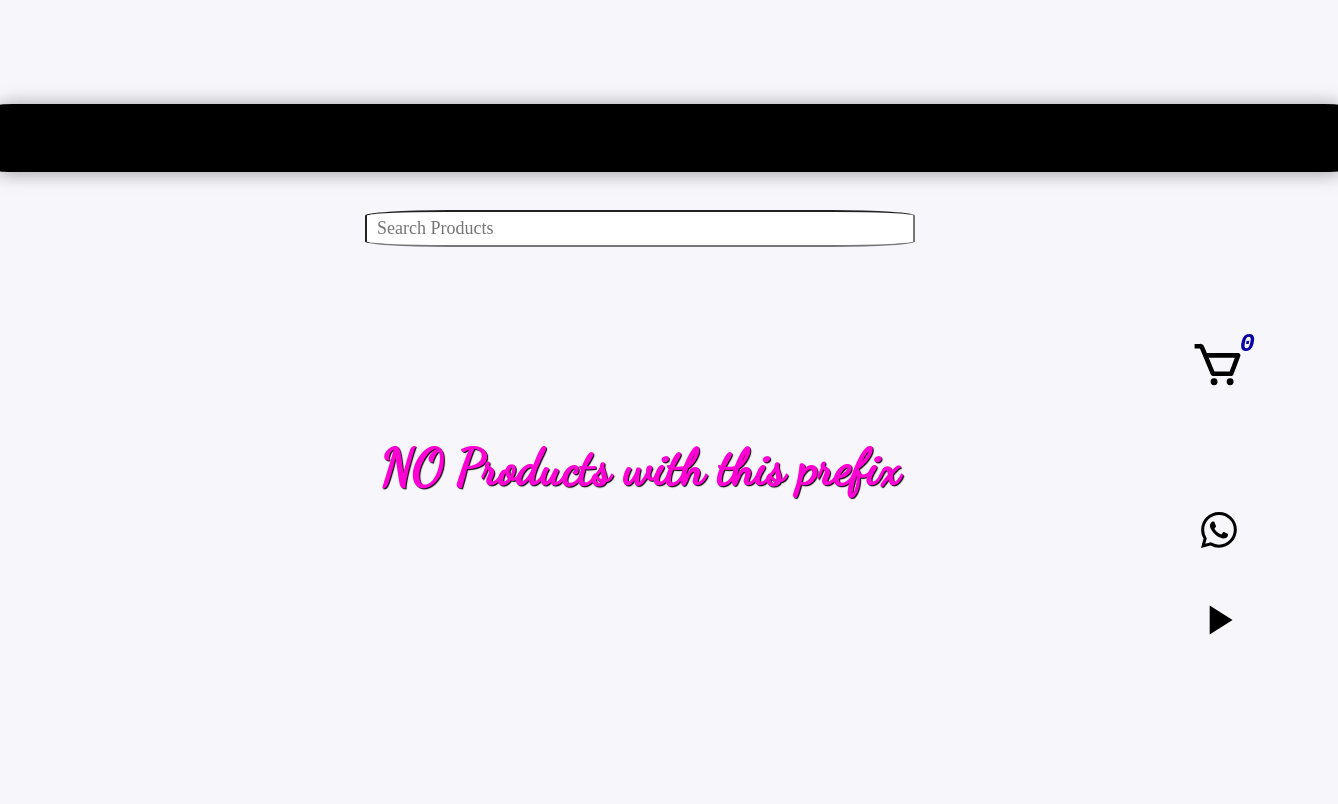
Repository: rehamAbass/BeautyCareShop
Page: /
The author's editor kept a copy of each file at every save. The page is drawn from the files as they stood at one save, then again after the next save.
The browser window is 1280 px wide. The page is 1338 px wide, so the pictures cover 1338 px, including what lies to the right of the window. The pictures show the whole page.
The page's requests for data from a server got no answer. Some web fonts or font styles are not loaded; a fallback is used. The project was rebuilt for these pictures with package versions that can differ from the ones it lists, and the page was loaded fresh each time. No one was signed in, and anything a server would have sent is missing. Also part of the build but not shown: src/components/allProducts/prod/card.css, src/components/allProducts/prod/card.component.jsx, src/components/myCart/myCart.css, src/components/myCart/cartProduct/cartProduct.css, src/components/myCart/cartProduct/cartProduct.jsx, src/components/myCart/myCart.jsx. Imported but missing from the stored project, and not drawn on this page: src/components/header/music/ed.mp3.

Above is the page before, as saved 2022-06-08 13:48:06.

### public/index.html
<!DOCTYPE html>
<html lang="en">
  </style>
  <head>
    <meta charset="utf-8" />
    <link rel="icon" href="" />
    <meta name="viewport" content="width=device-width, initial-scale=1" />
    <meta name="theme-color" content="#000000" />
    <meta
      name="description"
      content="Web site created using create-react-app"
    />
    <link rel="apple-touch-icon" href="" />
    <link rel="manifest" href="%PUBLIC_URL%/manifest.json" />
    <link rel="preconnect" href="https://fonts.googleapis.com">
    <link rel="preconnect" href="https://fonts.gstatic.com" crossorigin>
    <link href="https://fonts.googleapis.com/css2?family=Bigelow+Rules&display=swap" rel="stylesheet">
    <link rel="preconnect" href="https://fonts.googleapis.com">
    <link rel="preconnect" href="https://fonts.gstatic.com" crossorigin>
    <link href="https://fonts.googleapis.com/css2?family=Bigelow+Rules&family=Dancing+Script&display=swap"
      rel="stylesheet">
    <title color:'purble'>BeautyShop💄</title>
  </head>
  <body>

    <div id="root"></div>
  </body>
</html>

<!--
  <video id="video1" loop="" muted="" src="https://prod-streaming-video-msn-com.akamaized.net/aa5cb260-7dae-44d3-acad-3c7053983ffe/1b790558-39a2-4d2a-bcd7-61f075e87fdd.mp4"></video>

 -->

### src/App.js

// import React from 'react'
import CardList from './components/allProducts/card-list.component';
import SearchBox from './components/search-box/search-box.component';
import './App.css'
import axios from "axios";
import React, { Component } from "react";
import Header from './components/header/header.component.jsx'
import { useState, useEffect } from 'react';
import Cart from './components/myCart/myCart.jsx'

const App = () => {
  const [products, setProducts] = useState([]);
  const [cartProducts, setCartProducts] = useState([]);
  const [filteredProducts, setFilteredProducts] = useState(products);
  const [searchString, setSearchString] = useState('');
  const [showCart, setShowCart] = useState(false);
    const [cartCounter, setCartCounter] = useState(0);
      const [Sum, setSum] = useState(0);
      const [imgs, setImgs] = useState([])

  //==========================================================================
  const   getDataFromDB= async ()=> {
    const response = await axios.get("http://localhost:8000/products/");
    setCartProducts(response);
  }
  //===========================================================
  const deleteProd = async (id) => {
    let response = await axios.delete(
      `http://localhost:8000/product/${id}`
    );
  }
  //=============================================================
  const saveProd = async (p) => {
    const response = await axios.post(
      "http://localhost:8000/product",p
    );
  }

   const  updateProd = async (p) => {
    const response = await axios.put(
      "http://localhost:8000/product",p
    );
  }
  //============================================================================
  useEffect(() => {
    fetch('http://makeup-api.herokuapp.com/api/v1/products.json?brand=maybelline')
      .then((res) => res.json())
      .then((users) => {
          users = users.map(user => (
         {id:user.id,
         name:user.name,
         brand:user.brand,
         price:user.price,
        image_link:user.image_link,
         product_link:user.product_link,
         description:user.description,
        rating:user.rating,
         product_type:user.product_type,
          product_api_url:user.product_api_url,
          product_colors:user.product_colors,
        amount:0
         }))


         getDataFromDB();
        setFilteredProducts(users);
        setProducts(users);
        setImgs(users.map((u)=>(u.image_link)));
      })
  }, []); // it runs only one time - no need to call it in each render because [] is empty !!
  //=========================================================================================
  useEffect(() => {
    let filteredgroup = products.filter((p) => p.name.toLowerCase().includes(searchString));
    setFilteredProducts(filteredgroup);
  }, [products, searchString])

  //========================================================================================
  const onSearchChanged = (event) => {
    let input = event.target.value.toLowerCase();
    setSearchString(input);
  }
  //=========================================================================================
  const addProduct=(product)=>{
        let updatePro = cartProducts.filter(p=> p.id === product.id);
     if(updatePro.length>0){
       // it means that YES the product exists before in Cart! just increase the amount of it:
       updatePro = updatePro[0];
       updatePro.amount +=1;
        let newarray = cartProducts.map(p=>( p.id === product.id ? updatePro:p )) ;
        setCartProducts(newarray);
     }else{
        let newProductToAdd = {...product, amount:1};
         setCartProducts([...cartProducts,newProductToAdd ]);
         saveProd(product);
         updateProd();
     }

      }
  //=================================================================================
  //    ,
  const deleteProduct = (product) => {
    let newArr = cartProducts.filter(p => p.id !== product.id);
    setCartProducts(newArr);
    deleteProd(product.id);
  }
 //===================================================================================
   const decreaseProduct=(product)=>{

     if(product.amount >1){
       let update = product;
       update.amount -=1;
        let newarray = cartProducts.map(p=>(p.id === product.id ? update:p )) ;
     setCartProducts(newarray);
     }else{ // amount was  === 1
        let newArr = cartProducts.filter(p=> p.id !== product.id);
         setCartProducts(newArr);
     }
      }
 //===================================================================================
useEffect(()=>{
  console.log("useEffect, cartProduct changes, so counter changes");
  let all =0;
  let summ=0;
  for(let p of cartProducts){
     all = all+p.amount;
    summ = summ+ (p.amount * p.price);
}
    setSum(summ);
    setCartCounter(all);
},[cartProducts]);

//====================================================================================
  useEffect(()=>{
    console.log("open Cart = ",showCart);
  },[showCart])
 //=========================================================================================
const HandleCart =(val)=>{
  setShowCart(val);
}
 const handleSumCount = ()=>{
  setSum(0);
  setCartProducts([]);
  setCartCounter(0);

 }
 //=========================================================================================
  return (
    <div className="App">
      <header className="App-header">
        <Header counter ={cartCounter}
        imgs={imgs}
        handleCart = {HandleCart}/>
        {showCart === false &&
          <div>
           <SearchBox
          className='search-box2'
          searchHandler={onSearchChanged}
          group={filteredProducts}
        />
            <CardList
              group={filteredProducts}
               addProduct={addProduct} />
        </div>

        }
          {(showCart === true) &&
            <Cart sum ={Sum} group={cartProducts}
           addProduct={addProduct}
            deleteProduct={deleteProduct}
            decreaseProduct={decreaseProduct}
              handleSumCount={handleSumCount}
            />
          }
      </header>
    </div>
  )
}

export default App;

### src/components/allProducts/card-list.component.jsx

import './card-list.css'
import Card from './prod/card.component'
import React from 'react'

const CardList = ({ group ,addProduct}) => {
    return (
        <div className='card-list'>
            {group.map((p,i) =>
                (
                    <Card
                    key={i}
                    product={p}
                     addProduct={addProduct}/>
                )
            )
            }
        </div >

    )
}

export default CardList;

### src/components/search-box/search-box.component.jsx

import React from 'react'
import './search-box.css'


const SearchBox = ({ className, placeholder, searchHandler, group }) => {

    return (
        <div className='search-box'>
            <input
                className={className}
                type='search'
                placeholder='Search Products'
                onChange={searchHandler}
                style={{
                     fontStyle:'unset', fontStretch: 'extra-expanded'
                , fontSize:'large', borderRadius:'15%'}}
            />
            {group.length === 0 ?
                <div className='alert2'> NO Products with this prefix </div> : ''}
        </div>
    )
}


export default SearchBox;

### src/App.css
body {
  margin: 0;
  padding: 0;
  font-family: -apple-system, BlinkMacSystemFont, 'Segoe UI', 'Roboto', 'Oxygen',
    'Ubuntu', 'Cantarell', 'Fira Sans', 'Droid Sans', 'Helvetica Neue',
    sans-serif;
    background-color:rgba(192, 190, 228, 0.135);
  -webkit-font-smoothing: antialiased;
  -moz-osx-font-smoothing: grayscale;
  text-align: center;
}



















/* -------------------------------------------------------------------------------------- */

/* .App {
  text-align: center;
}

.App-logo {
  height: 40vmin;
  pointer-events: none;
}

@media (prefers-reduced-motion: no-preference) {
  .App-logo {
    animation: App-logo-spin infinite 20s linear;
  }
}

.App-header {
  background-color: #2d5cba;
  min-height: 100vh;
  display: flex;
  flex-direction: column;
  align-items: center;
  justify-content: center;
  font-size: calc(10px + 2vmin);
  color: white;
}

.App-link {
  color: #61dafb;
}

@keyframes App-logo-spin {
  from {
    transform: rotate(0deg);
  }
  to {
    transform: rotate(360deg);
  }
}

*/

### src/components/header/header.component.jsx
import React from 'react'
import './header.css'
import Music from './music/music.component';
import fatme from './fatme.jpeg'
import CartIcon from './cartIcon/cartIcon.component';
import {BsWhatsapp} from 'react-icons/bs'
import {AiTwotoneShop} from 'react-icons/ai'

const Header = ({counter,imgs, handleCart}) => {
    return (
        <div className='headClass'>
        <marquee direction='left'   style={{  margin:'0px' , padding:'0px'}}>
        <div className='imgs'>
            {imgs.map((link, i) => (
                    <img
                    style={{transform:'scale(0.7)' ,  margin:'0px'}}
                    key={i}
                    src={link} alt='prod' />

            ))}
        </div>
        </marquee>
            <img className='myImg' src={fatme} alt='me'
            />
               <CartIcon
            counter={counter}
             handleCart={handleCart}
            />
            <AiTwotoneShop
            className='goHome'
                onClick={() => {
                     handleCart(false)}}
            />
            <h4 className='title' >
                <marquee direction='left' loop='2' >Fatima Beauty Care Shop</marquee>
            </h4>


            <Music />


            <a  className='whatsApp'  aria-label="whats"
                target="_blank" rel="noopener"
                href="https://api.whatsapp.com/send?phone=972543656019&text=hello%20Fatima%20from%20your%20BeautyCareShop%20Website%20💄"
              >
              <BsWhatsapp/>
            </a>
        </div>
    )
}

export default Header;

### src/components/allProducts/card-list.css
.card-list {
     width: 1000px;
    margin-left: 9%;
    display: grid;
    grid-template-columns: 10fr 10fr;
    /* grid-gap: 1%; */
    margin-top: 5%;
    margin-bottom:15%;
}

### src/components/search-box/search-box.css
.search-box {
    padding: 10px;
}

.alert2 {
    margin-top: 150px;
    text-align: center;
    padding: 40px;
    color: rgb(255, 0, 212);
    font-size: 50px;
    font-stretch: extra-expanded;
    font-family: 'Dancing Script';
    font-weight: bolder;
    text-shadow: 1px 1px  1px rgb(0, 0, 0);
    transform: scale(1);
}

.search-box2 {
    width: 550px;
    height: 37px;
    margin-top: 170px;
    padding: 10px;
    line-height: 30px;
    margin-bottom: 1px;
    color: rgb(0, 0, 0);
    font-weight: 400;
    font-family:serif;

}

### src/components/header/header.css
.title {
    width: 110%;
    position: relative;
    font-size: 46px;
    font-weight: bolder;
    font-family: 'Dancing Script';
 color:rgb(251, 251, 251);
    font-stretch: extra-expanded;
    /* text-shadow: 11px 1px 11px rgb(255, 0, 123); */
    background-color: rgb(0, 0, 0);
     box-shadow: 1px 1px 17px 1px rgba(135, 134, 135, 0.74);
     margin-top: 40px;
     border-radius:1%;
}
.imgs{
    width: 110%;
    position: relative;
    height:60px;
     margin: 0px;
}
.goHome{
    color:rgb(0, 0, 0);
     position:fixed;
    margin-left: 47%;
    margin-top:376px;
     transform: scale(2.6);
}
.goHome:hover{
    color:rgb(8, 0, 165);
    transform:scale(3);
}
.whatsApp{
    color:rgb(0, 0, 0);
     position:fixed;
    margin-left: 47%;
    margin-top:290px;
     transform: scale(2);
}
.whatsApp:hover{
  color:rgb(8, 0, 165);

   }
.myImg{
    position:fixed;
    margin-left: 44%;
    margin-top:120px;
    width: 110px;
  height: 120px;
    box-shadow: 1px 1px 17px 1px rgb(255, 88, 88);
    border-radius:15%;
}

.headClass {
    border-radius: 12%;
    width: 95%;
    height: 30px;
    font-size: large;
    /* font-weight: 700; */
    font-style: italic;

}

### src/components/header/music/music.component.jsx
import './music.css'
import { useState, useEffect } from 'react'
import { MdPlayArrow, MdPause } from 'react-icons/md'
import  React  from 'react'
import ed from "./ed.mp3";

const aud = new Audio(ed);

const Music = () => {
    const [flagPlaying, setIsActive] = useState(false);
    const handleClick = (value) => {
        setIsActive(value);
        if (value === true) {
            aud.loop = true;
            aud.play();
        } else {
            aud.pause();
            aud.loop = false;
        }
    }

    return (<div className='myAudio'>
        {(flagPlaying === false) &&
            <MdPlayArrow
                className='btnAudio'
                onClick={() => {
                    if (flagPlaying === false) {
                        handleClick(true);
                    }
                }}
            />
        }
        {(flagPlaying === true) &&
            <MdPause
                className='btnAudio'
                style={{color:'black'}}
                onClick={() => {
                    if (flagPlaying === true) {
                        handleClick(false);
                    }
                }}
            />
        }
    </div>
    )
}


export default Music;

### src/components/header/cartIcon/cartIcon.component.jsx
import React from 'react'
import './cart.css'
import { BiCart } from "react-icons/bi";


const CartIcon = ({ counter,handleCart}) => {

    return (
        <div className='cart-container'>
            <span className='counter'>{counter}</span>
            <BiCart
                    className='cartIcon'
                    onClick={() => {
                      handleCart(true);
                     }}
                />
        </div>
    )
}
export default CartIcon;

### src/components/header/music/music.css
.myAudio {}

.btnAudio {
    width:  50px;
    height: 50px;
    position:fixed;
    margin-left: 45.7%;
    margin-top: 362px;
    color:rgb(0, 0, 0);
    border-radius: 90%;
}

.btnAudio:hover {
   color : rgb(8, 0, 165);
    transform: scale(1.125);
    box-shadow: 4px 3px 10px 3px  rgb(179, 255, 0);
}

### src/components/header/cartIcon/cart.css
.cartIcon{
     position:fixed;
    width:55px;
    height:55px;
    color:rgb(0, 0, 0);
    margin-top:1%;
    /* transform: translateZ(-1);
    transition: transform 0.25s ease-out; */
}
.cartIcon:hover{
    transform:scale(1.12);
    color:rgb(8, 0, 165);
}
.cart-container{
    position:fixed;
    margin-left: 93%;
    margin-top: 260px;
}
.cart-container:hover{
    color:rgb(0, 0, 0);
 /* transform: scale(1); */
 cursor: pointer;
}
.counter{
    font-size:large;
    font-family:'Courier New', Courier, monospace;

    color:rgb(8, 0, 165);
    font-weight:bolder;
    text-align: right;
      transform: scale(1.4);
    text-shadow: 2px 2px 12px 12px rgb(0, 0, 0);
    position: fixed;
    margin-left: 4%;
    margin-top:0.8%;
}

Loaded but not shown: src/index.js (common file); src/index.css (common file)

After the next save:
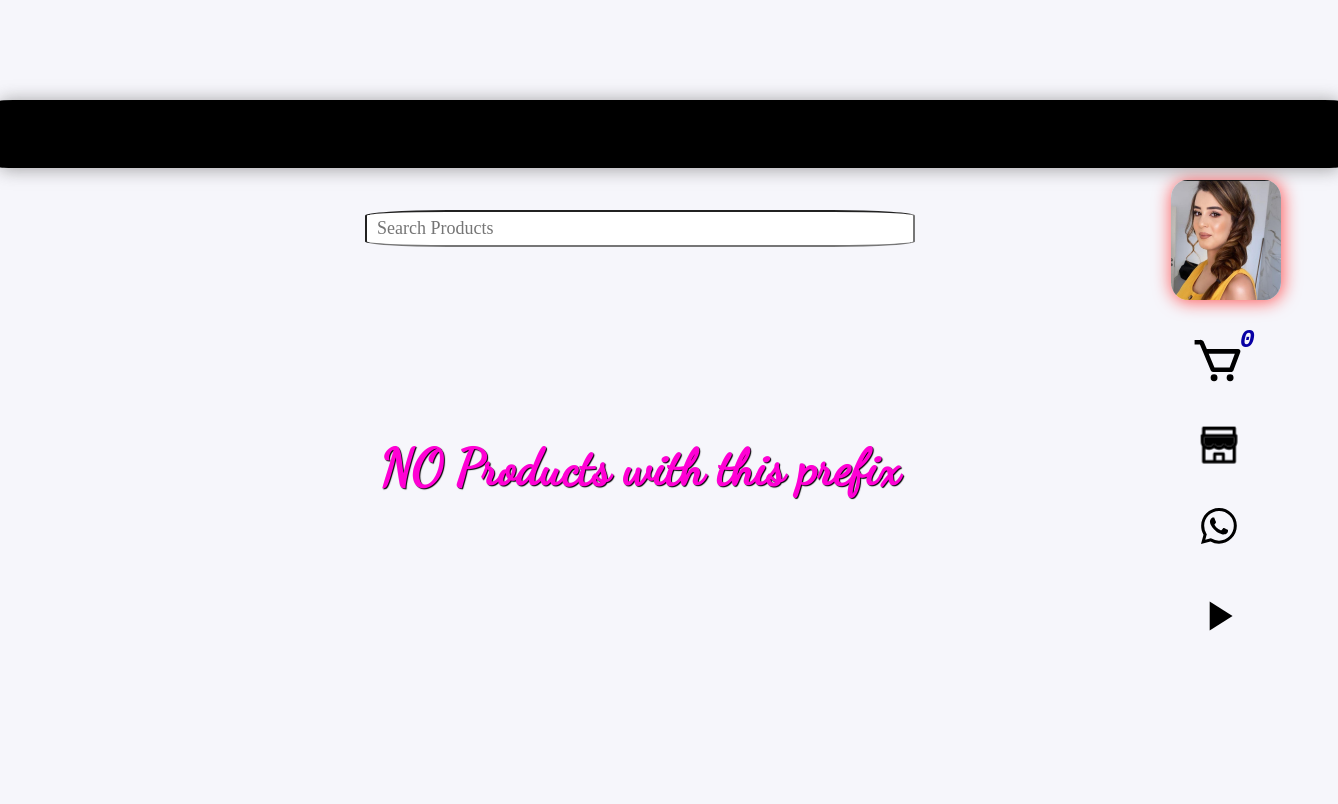
Saved 15 s later.
--- a/src/components/header/header.component.jsx
+++ b/src/components/header/header.component.jsx
@@ -9,7 +9,6 @@ import {AiTwotoneShop} from 'react-icons/ai'
 const Header = ({counter,imgs, handleCart}) => {
     return (
         <div className='headClass'>
-        <marquee direction='left'   style={{  margin:'0px' , padding:'0px'}}>
         <div className='imgs'>
             {imgs.map((link, i) => (
                     <img
@@ -19,7 +18,7 @@ const Header = ({counter,imgs, handleCart}) => {
 
             ))}
         </div>
-        </marquee>
+
             <img className='myImg' src={fatme} alt='me'
             />
                <CartIcon
